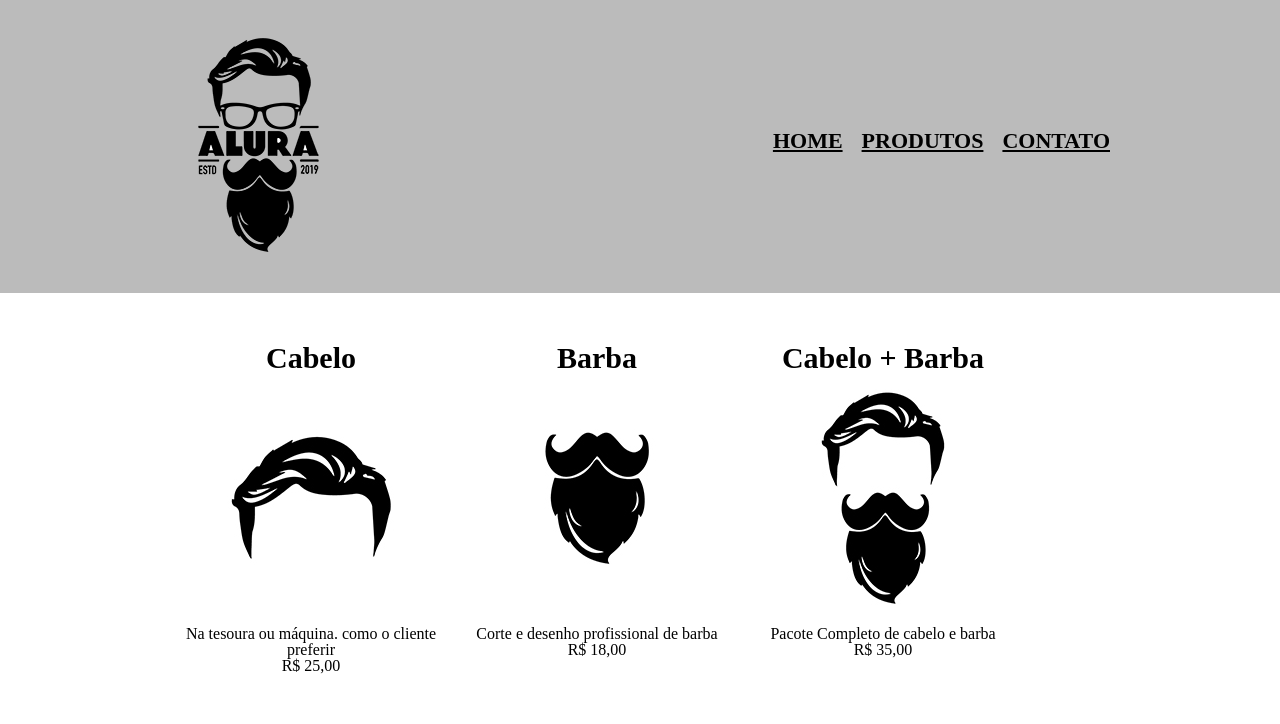
Repository: AnaBerlanda/AulaAlura
Page: produtos.html
The author's editor kept a copy of each file at every save. The page is drawn from the files as they stood at one save, then again after the next save.
The browser window is 1280 px wide. The pictures show the whole page.

Above is the page before, as saved 2022-04-11 15:06:44.

After the next save:
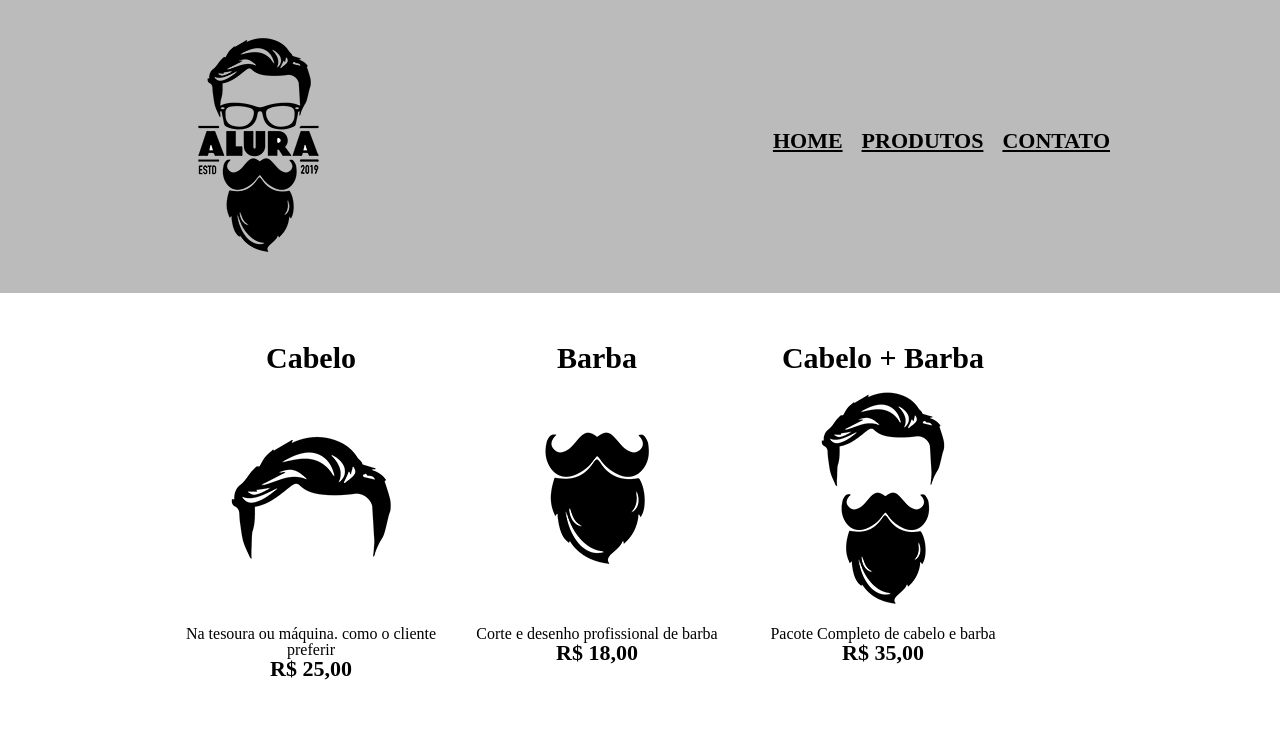
Saved 38 s later.
--- a/produtos.css
+++ b/produtos.css
@@ -38,3 +38,7 @@ nav a{
     font-size: 30px;
     font-weight: bold;
 }
+.produto-preco{
+    font-size: 22px;
+    font-weight: bold;
+}
